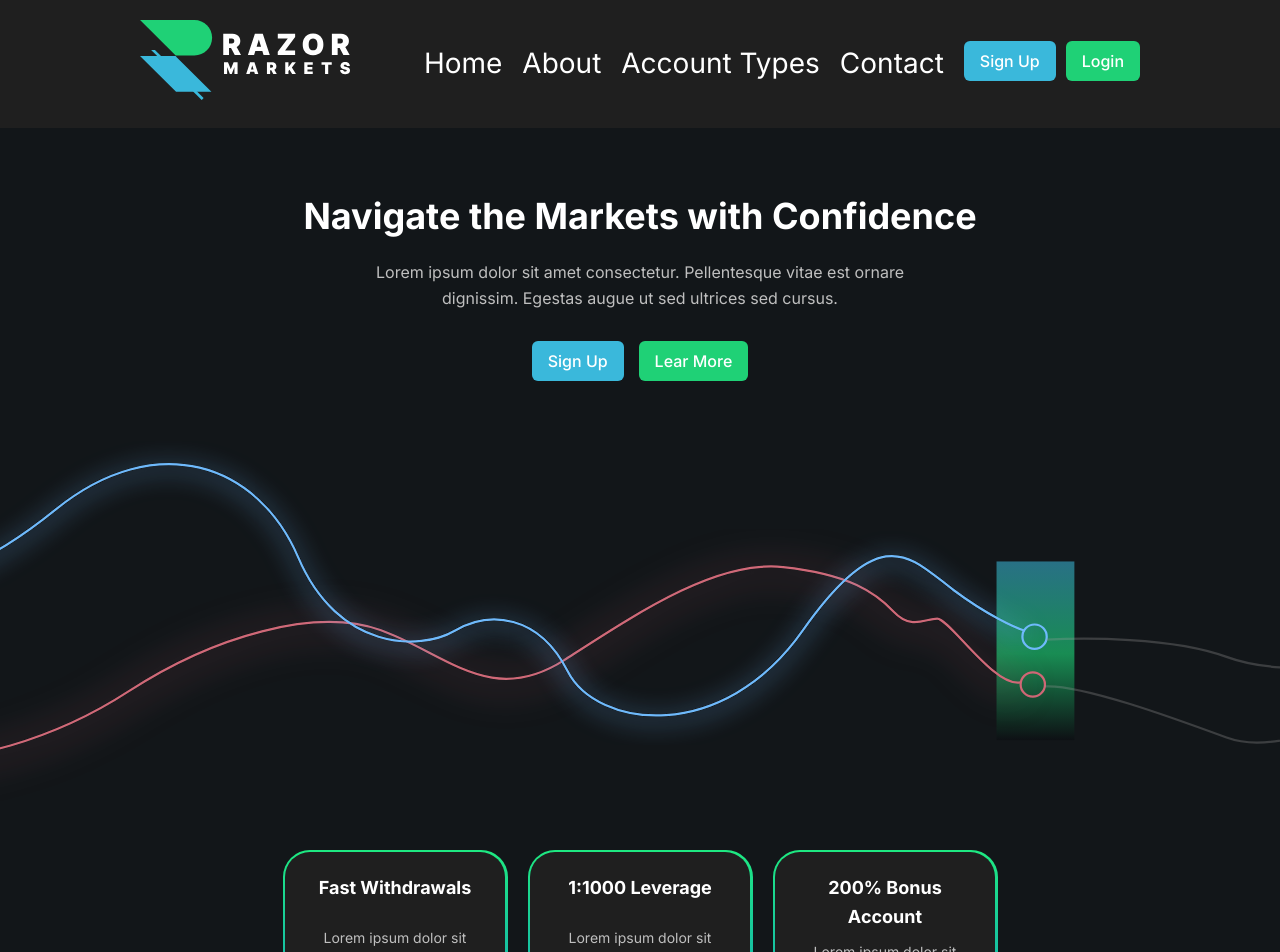
Repository: JasonMorta/razormarkets
Page: index.html
The author's editor kept a copy of each file at every save. The page is drawn from the files as they stood at one save, then again after a run of saves.
The browser window is 1280 px wide. The pictures show the part of the page from y = 0 to 952 px (the page is 1650 px tall before and 720 px after).
A picture or video elsewhere on the page could not be fetched, so the positions and the page height are approximate.

Above is the page before, as saved 2024-11-07 13:30:12.

After the next 2 saves:
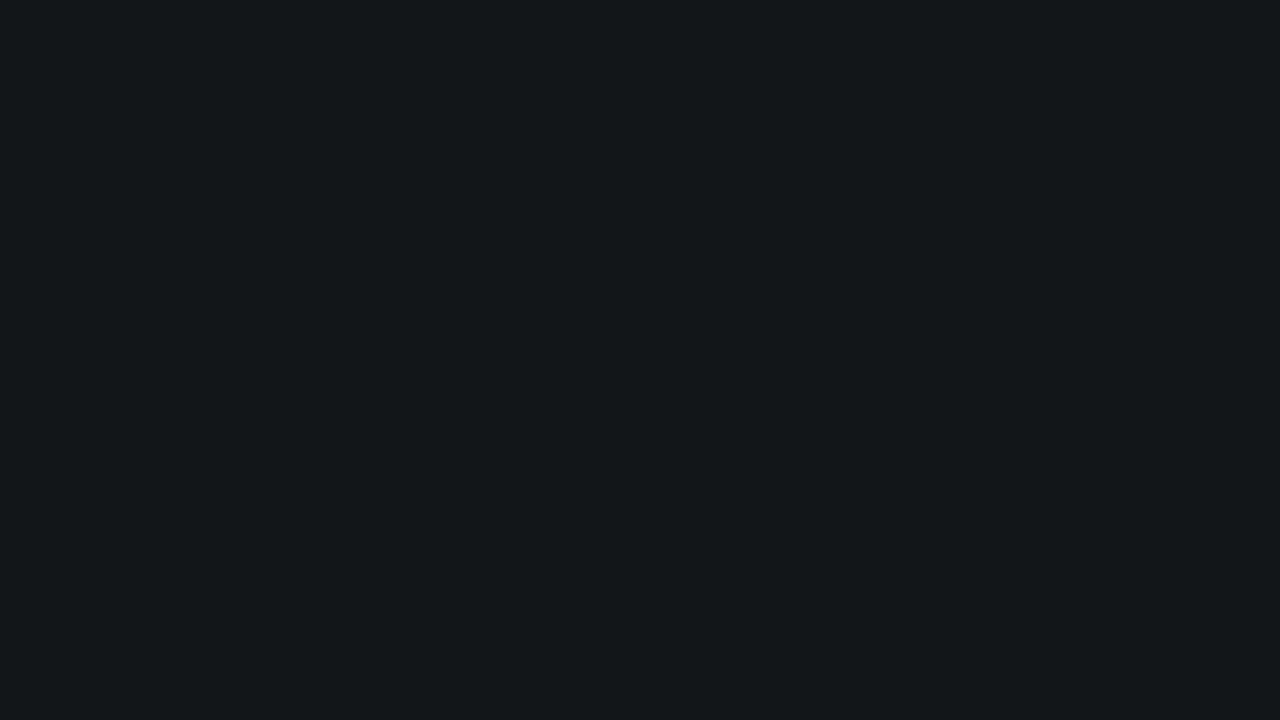
The 2 saves are shown as one change because they came seconds apart.
The last was saved 21 s later.
--- a/index.html
+++ b/index.html
@@ -7,7 +7,7 @@
   <title>Razor Markets</title>
   <link rel="stylesheet" href="https://cdn.jsdelivr.net/npm/bulma@1.0.2/css/bulma.min.css">
   <link rel="stylesheet" href="styles/index.css">
-  <script src="https://cdnjs.cloudflare.com/ajax/libs/tilt.js/1.2.1/tilt.jquery.min.js" crossorigin="anonymous"></script>
+  <script src="https://cdnjs.cloudflare.com/ajax/libs/tilt.js/1.2.1/tilt.jquery.min.js" crossorigin="anonymous"/>
 </head>
 
 <body>

After the save that followed:
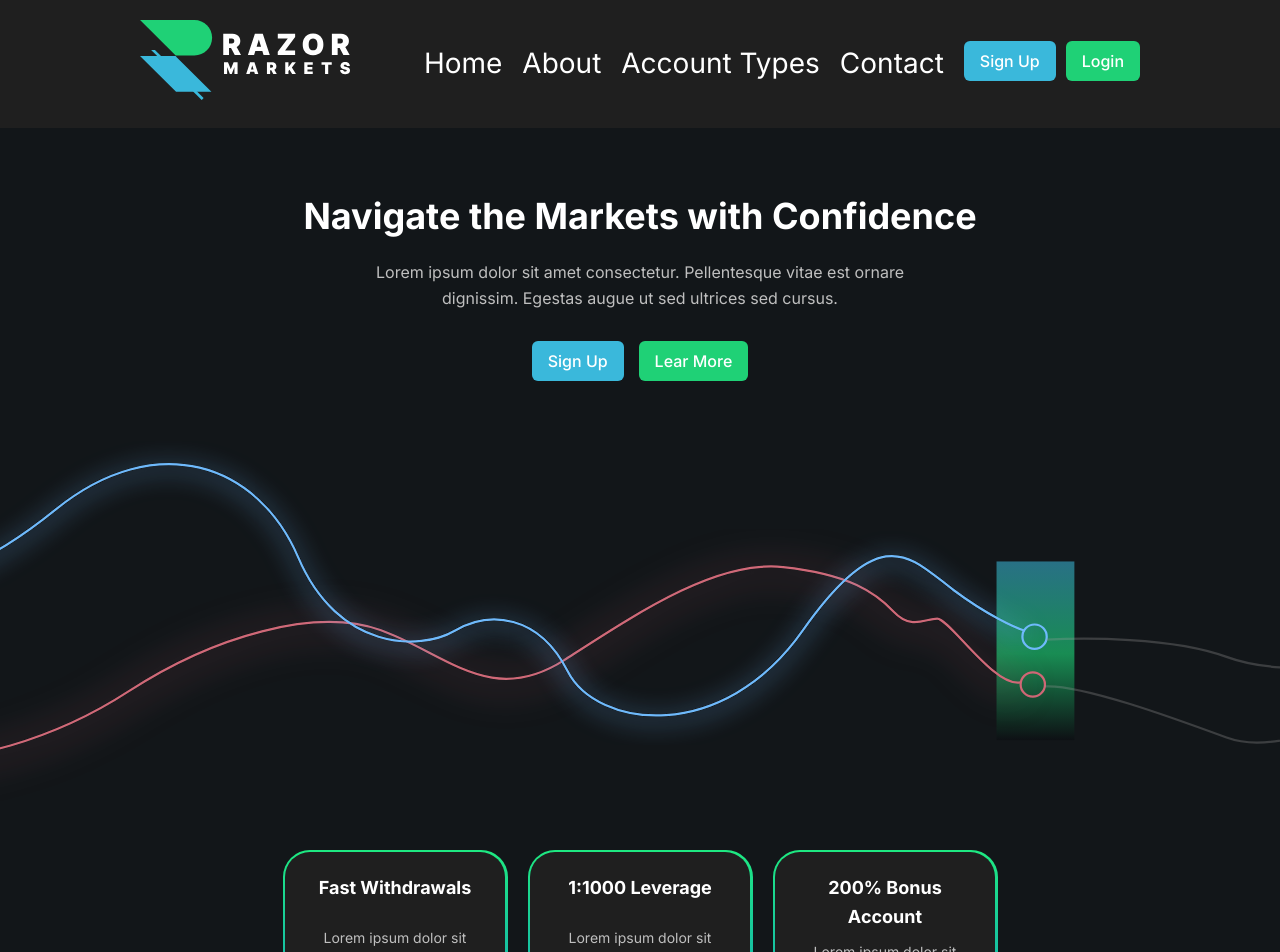
Saved 18 s later.
--- a/index.html
+++ b/index.html
@@ -7,7 +7,7 @@
   <title>Razor Markets</title>
   <link rel="stylesheet" href="https://cdn.jsdelivr.net/npm/bulma@1.0.2/css/bulma.min.css">
   <link rel="stylesheet" href="styles/index.css">
-  <script src="https://cdnjs.cloudflare.com/ajax/libs/tilt.js/1.2.1/tilt.jquery.min.js" crossorigin="anonymous"/>
+  <script src="https://cdnjs.cloudflare.com/ajax/libs/tilt.js/1.2.1/tilt.jquery.min.js" crossorigin="anonymous"></script>
 </head>
 
 <body>
